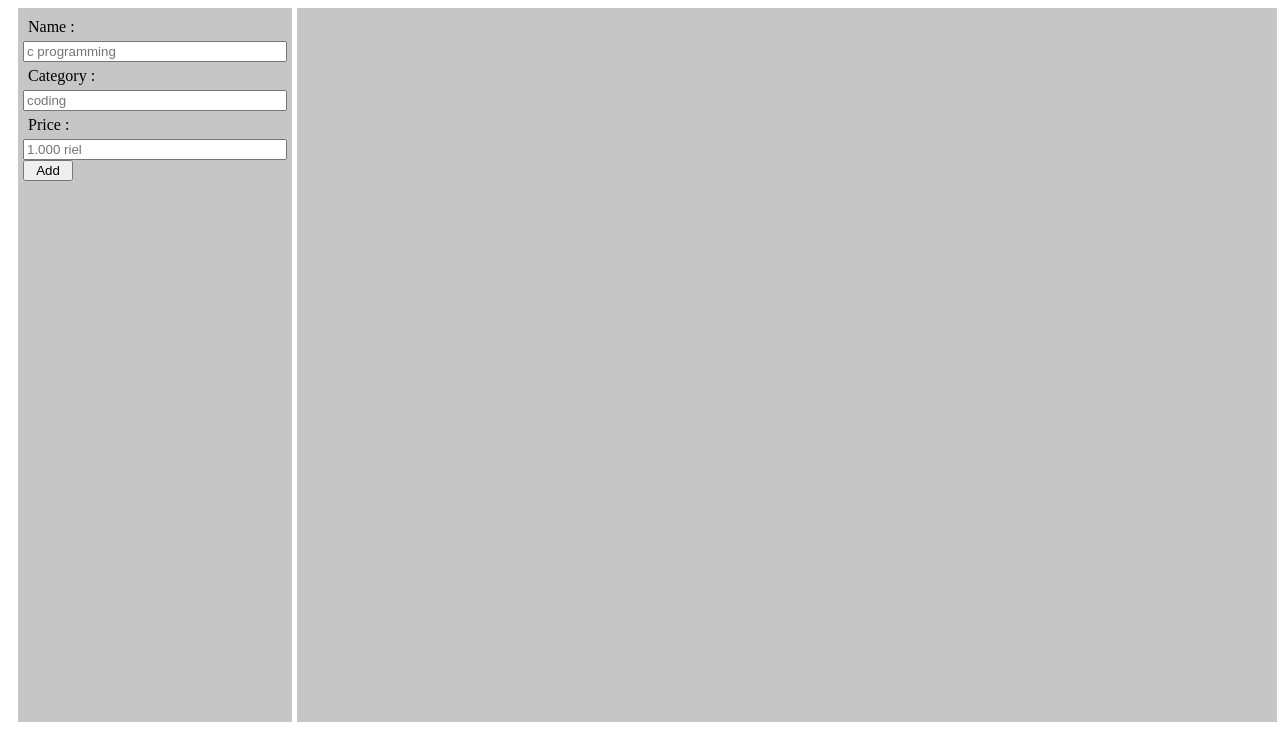
Repository: Sarah7223/internet-programming-tp
Page: TP2/TP02.6.html
An editor plug-in stored every save of this project. The page is shown before and after the next save, followed by the edit.
The browser window is 1280 px wide. The page is 1282 px wide, so the pictures cover 1282 px, including what lies to the right of the window. The pictures show the whole page.

Above is the page before, as saved 2023-01-14 12:47:07.

### TP2/TP02.6.html
<html>

<head>
    <style>
        .background{
            height: 100%;
            width: 100%;
            display: flex;
            justify-content: center;
            align-items: center;
            flex-direction: row;
        }
        .first-raw{
            display: flex;
            width: 300px;
            height:100%;
            background-color: rgb(198, 198, 198);
            margin: 5px;
            flex-direction: column;
        }
        .second-raw{
            display: flex;
            width: 1100px;
            height:100%;
            background-color: rgb(198, 198, 198);
            flex-direction: column;

        }
        div{
            padding: 5px;
        }


    </style>
</head>
<body>
    <div class="background">
        <div class="first-raw">
            <div>Name :</div>
            <input type="text" placeholder="c programming"/>
            <div>Category :</div>
            <input type="text" placeholder="coding"/>
            <div>Price :</div>
            <input type="text" placeholder="1.000 riel"/>
            <button style="width:50px;">Add</button>
        </div>
        <div class="second-raw">

        </div>

    </div>



    <script>


    </script>

</body>
</html>

After the next save:
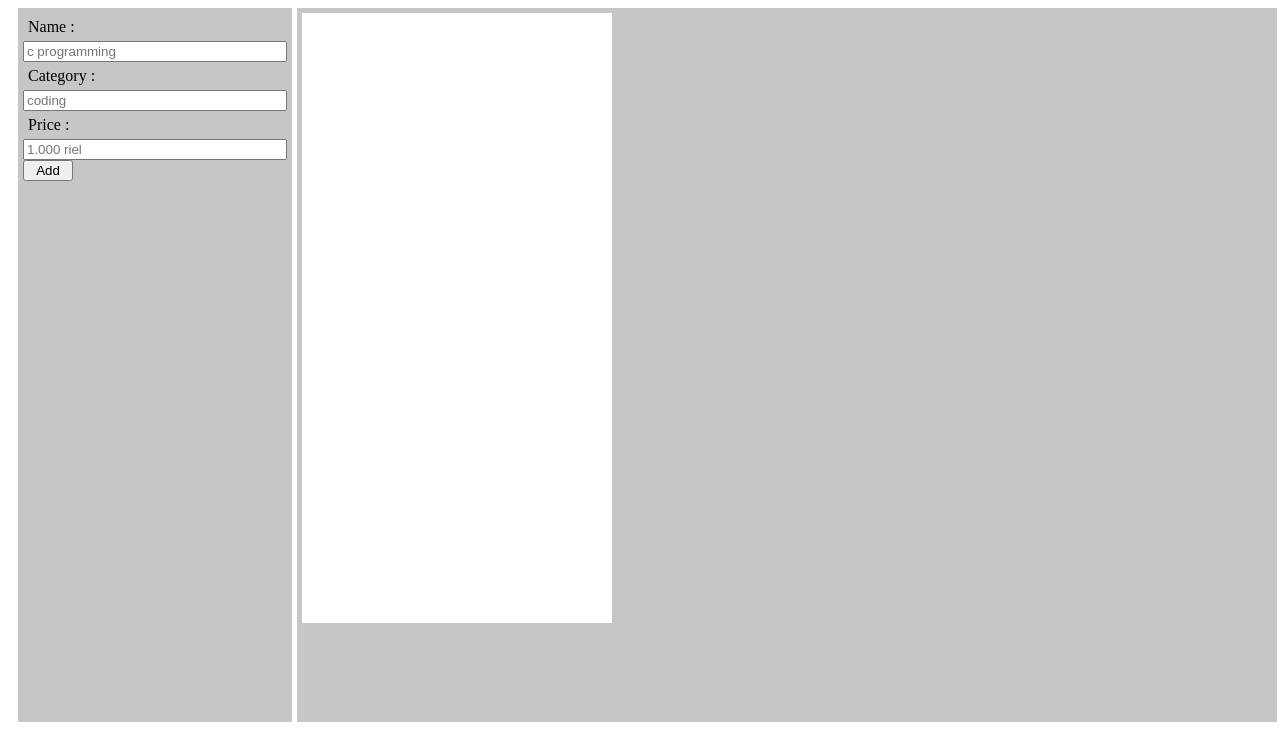
Saved 3 min 23 s later.
--- a/TP2/TP02.6.html
+++ b/TP2/TP02.6.html
@@ -29,6 +29,12 @@
         div{
             padding: 5px;
         }
+        .box{
+            display: flex;
+            width: 300px;
+            height:600px;;
+            background-color: white;
+        }
 
 
     </style>
@@ -45,6 +51,10 @@
             <button style="width:50px;">Add</button>
         </div>
         <div class="second-raw">
+            <div class="box">
+
+
+            </div>
 
         </div>
 
